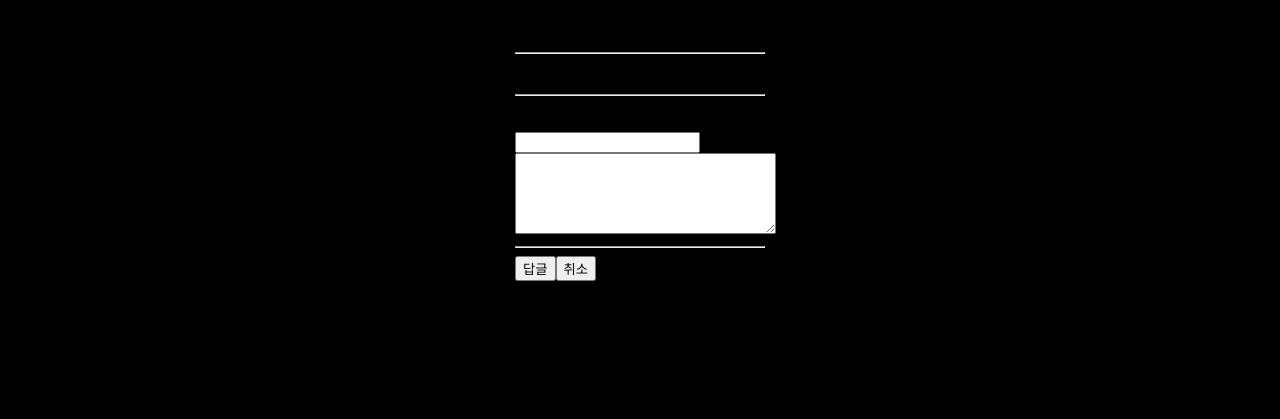
Repository: ryu1917/jsp
Page: workspace/js/ex17.html
These files come from the project's save history. The page is drawn as it stood at one moment and after the next save; the edit follows.
The browser window is 1280 px wide. The pictures show the window.
A layer covers the whole window, so only the first screen is drawn.

Above is the page before, as saved 2021-04-19 08:16:09.

After the next save:
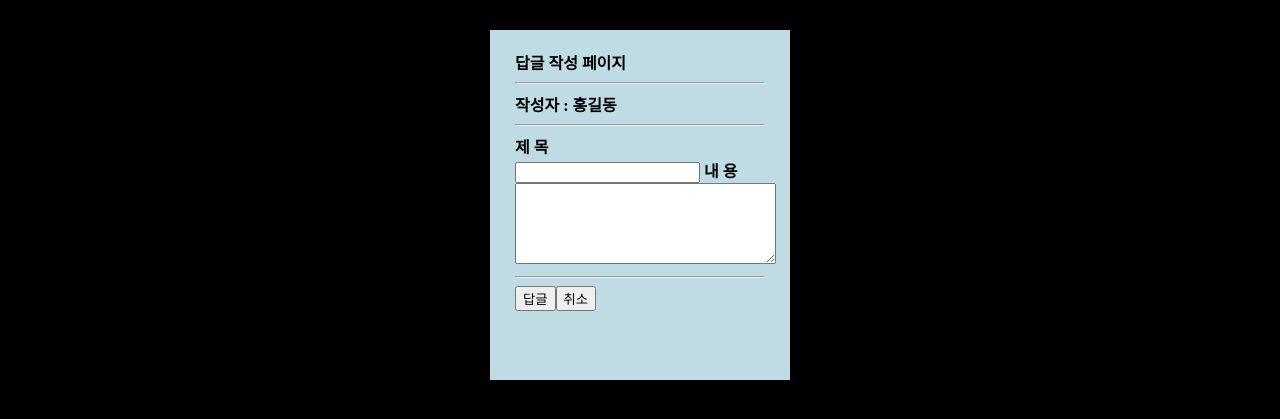
Saved 94 s later.
--- a/workspace/js/ex17.html
+++ b/workspace/js/ex17.html
@@ -10,6 +10,8 @@
 <style type="text/css">
 	#model_wrap{position: fixed;z-index: 9;margin: 0 auto;top:0;left: 0;right: 0; width: 100%;
 	height: 100% ;background-color:rgba(0,0,0.4);}
+	#first {position: fixed;z-index: 10;margin: 0 auto;
+		top: 30px;left: 0;right: 0;width: 300px;height: 350px;background-color: rgba(212,244,254,0.9)}
 </style>
 </head>
 <body>
